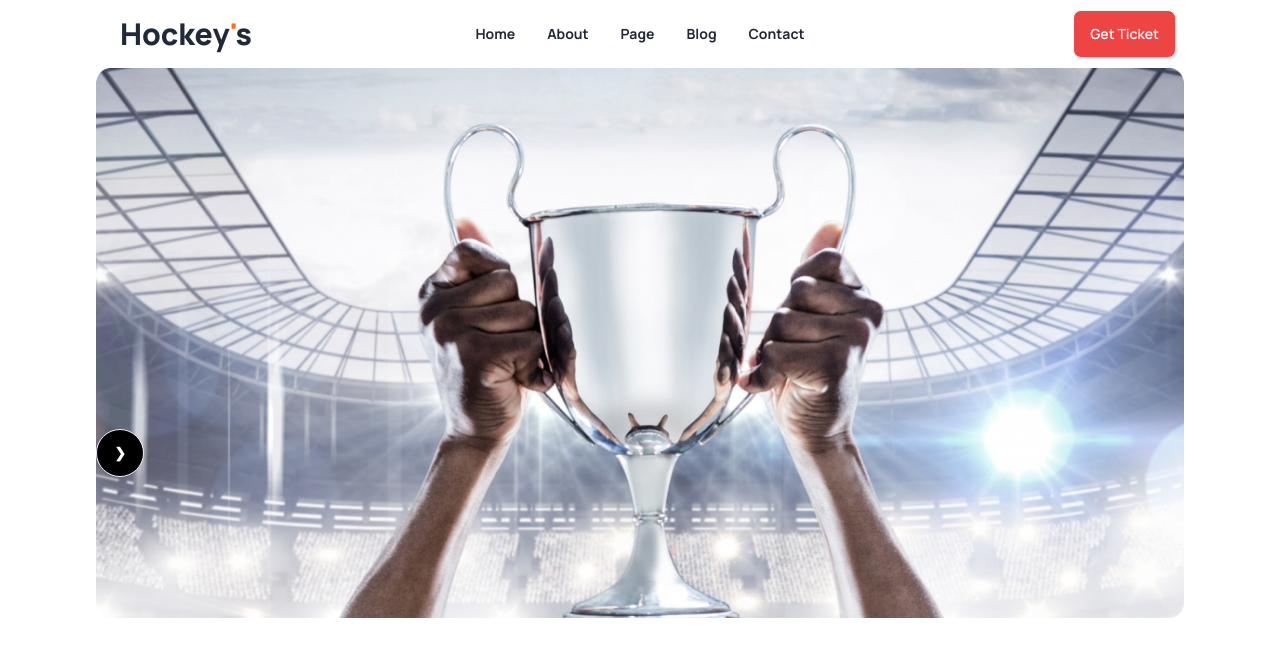
Repository: RudrasahaDibos/Hockey-
Page: index.html
The author's editor kept a copy of each file at every save. The page is drawn from the files as they stood at one save, then again after the next save.
The browser window is 1280 px wide. The pictures show the whole page.
Some web libraries are served in a nearby version.

Above is the page before, as saved 2024-10-23 19:17:36.

### index.html
<!DOCTYPE html>
<html lang="en">
<head>
    <meta charset="UTF-8">
    <meta name="viewport" content="width=device-width, initial-scale=1.0">
    <title>Hockeys</title>
    <!-- Tailwinds css -->
    <link href="https://cdn.jsdelivr.net/npm/daisyui@4.12.13/dist/full.min.css" rel="stylesheet" type="text/css" />
    <script src="https://cdn.tailwindcss.com"></script>
    <!-- Font asome -->
    <link rel="stylesheet" href="https://cdnjs.cloudflare.com/ajax/libs/font-awesome/6.6.0/css/all.min.css" integrity="sha512-Kc323vGBEqzTmouAECnVceyQqyqdsSiqLQISBL29aUW4U/M7pSPA/gEUZQqv1cwx4OnYxTxve5UMg5GT6L4JJg==" crossorigin="anonymous" referrerpolicy="no-referrer" />
   <!-- tailwind custom css -->
   <script>
    tailwind.config = {
      theme: {
        extend: {
          colors: {
            clifford: '#da373d',
          }
        }
      }
    }
  </script>
  <!-- google Font  -->
  <link rel="preconnect" href="https://fonts.googleapis.com">
  <link rel="preconnect" href="https://fonts.gstatic.com" crossorigin>
  <link href="https://fonts.googleapis.com/css2?family=Manrope:wght@200..800&display=swap" rel="stylesheet">

  <style>
.manrope {
  font-family: "Manrope", serif;
}
  </style>

</head>
<body class="manrope">
    <!-- header section start here -->
       <header class="container mx-auto lg:px-24 px-8">
                 <!-- navber start here -->
                     <nav>
                        <div class="navbar bg-base-100">
                            <div class="navbar-start">
                              <div class="dropdown">
                                <div tabindex="0" role="button" class="  lg:hidden">
                                  <svg
                                    xmlns="http://www.w3.org/2000/svg"
                                    class="h-5 w-5"
                                    fill="none"
                                    viewBox="0 0 24 24"
                                    stroke="currentColor">
                                    <path
                                      stroke-linecap="round"
                                      stroke-linejoin="round"
                                      stroke-width="2"
                                      d="M4 6h16M4 12h8m-8 6h16" />
                                  </svg>
                                </div>
                                <ul
                                  tabindex="0"
                                  class="menu menu-sm dropdown-content bg-base-100 rounded-box z-[1] mt-3 w-52 p-2 shadow">

                                    <li><a>Home</a></li>
                                    <li><a>About</a></li>
                                    <li><a>Page</a></li>
                                    <li><a>Blog</a></li>
                                    <li><a>Contact</a></li>

                                </ul>
                              </div>

                              <a class=" ml-4 text-3xl font-extrabold ">Hockey<span class="text-orange-500">'</span>s</a>

                            </div>
                            <div class="navbar-center hidden lg:flex">
                              <ul class="menu menu-horizontal px-1">
                                <li class="hover:text-orange-500 font-bold"><a>Home</a></li>
                                <li  class="hover:text-orange-500 font-bold"><a>About</a></li>
                                <li  class="hover:text-orange-500 font-bold"><a>Page</a></li>
                                <li  class="hover:text-orange-500 font-bold"><a>Blog</a></li>
                                <li  class="hover:text-orange-500 font-bold"><a>Contact</a></li>
                              </ul>
                            </div>
                            <div class="navbar-end  lg:ml-0 ml-20">

                              <a class="btn bg-red-500 text-white  ">Get Ticket</a>
                            </div>
                          </div>
                     </nav>
                 <!-- navber end here -->

                  <!-- banner start here -->
                     <div>
                      <div class="carousel w-full">
                        <div id="slide1" class="carousel-item relative w-full ">
                          <img
                            src="Images/1.png"
                            class="w-full lg:h-[550px] " />
                          <div class="absolute lg:left-0 lg:right-0 lg:top-[60%] left-5 top-[60%] flex -translate-y-1/2 transform gap-4">

                            <a href="#slide2" class="btn btn-circle bg-black text-white">❯</a>
                          </div>
                        </div>
                        <div id="slide2" class="carousel-item relative w-full">
                          <img
                            src="Images/2.png"
                            class="w-full" />
                          <div class="absolute left-5 right-5 top-1/2 flex -translate-y-1/2 transform justify-between">
                            <a href="#slide1" class="btn btn-circle">❮</a>
                            <a href="#slide3" class="btn btn-circle">❯</a>
                          </div>
                        </div>
                        <div id="slide3" class="carousel-item relative w-full">
                          <img
                            src="Images/3.png"
                            class="w-full" />
                          <div class="absolute left-5 right-5 top-1/2 flex -translate-y-1/2 transform justify-between">
                            <a href="#slide2" class="btn btn-circle">❮</a>
                            <a href="#slide4" class="btn btn-circle">❯</a>
                          </div>
                        </div>
                        <div id="slide4" class="carousel-item relative w-full">
                          <img
                            src="Images/4.png"
                            class="w-full" />
                          <div class="absolute left-5 right-5 top-1/2 flex -translate-y-1/2 transform justify-between">
                            <a href="#slide3" class="btn btn-circle">❮</a>
                            <a href="#slide1" class="btn btn-circle">❯</a>
                          </div>
                        </div>
                      </div>



                     </div>


                   <!-- banner end here -->
       </header>
       <!-- Header section End here -->

       <!-- Main secetion start here  -->
        <main>

        </main>
        <!-- main section end here -->

</body>
</html>

After the next save:
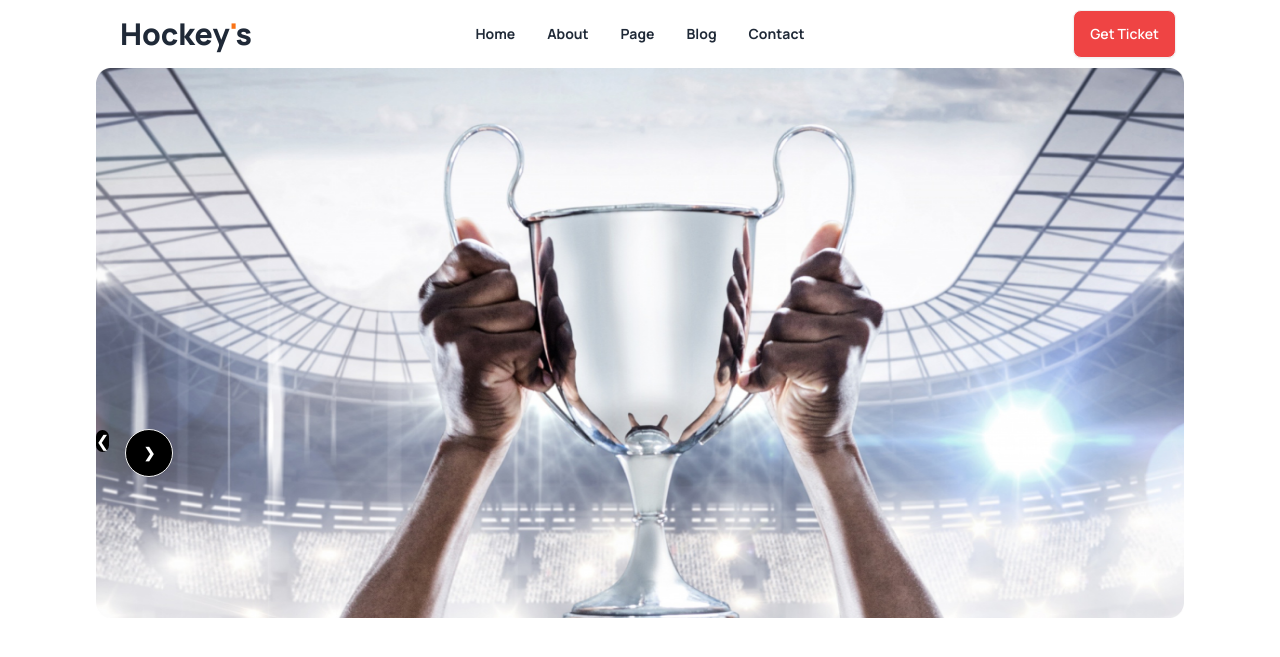
Saved 4 s later.
--- a/index.html
+++ b/index.html
@@ -96,7 +96,9 @@
                             src="Images/1.png"
                             class="w-full lg:h-[550px] " />
                           <div class="absolute lg:left-0 lg:right-0 lg:top-[60%] left-5 top-[60%] flex -translate-y-1/2 transform gap-4">
-
+                            <div>
+                              <a href="#slide4" class="lg:btn lg:btn-circle h-8 w-8 rounded-full bg-black text-white">❮</a>
+                            </div>
                             <a href="#slide2" class="btn btn-circle bg-black text-white">❯</a>
                           </div>
                         </div>
